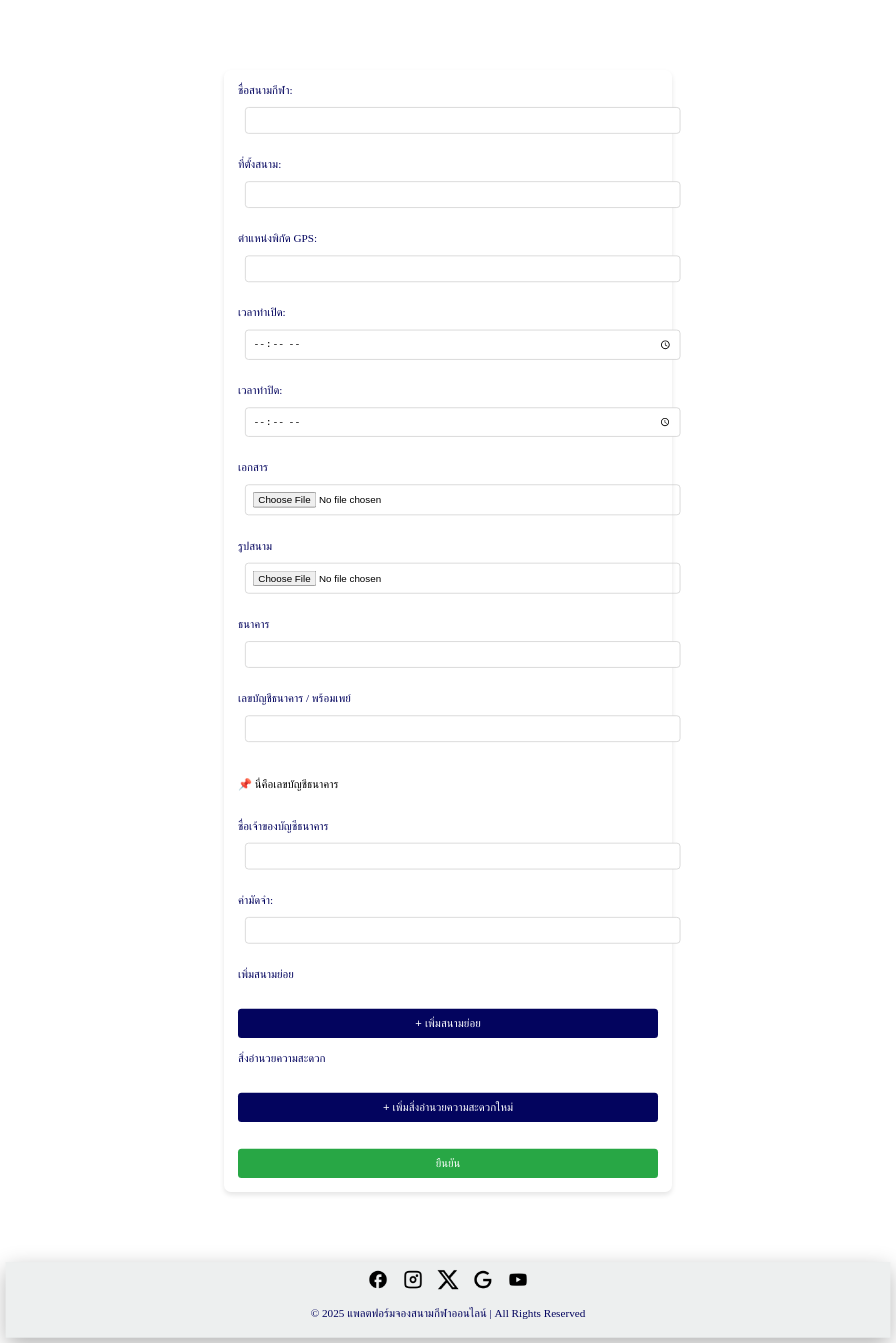
Repository: narawit101/project2
Page: /register-field (app in frontend/)
The author's editor kept a copy of each file at every save. The page is drawn from the files as they stood at one save, then again after the next save.
The browser window is 1280 px wide. The pictures show the whole page, at 70% of full size.
The pointer rests on the first visible `.submitbtn`.
The page's requests for data from a server got no answer. The project was rebuilt for these pictures with package versions that can differ from the ones it lists, and the page was loaded fresh each time. The framework's server and built-in components were replaced by stand-ins that run in the browser. No one was signed in, and anything a server would have sent is missing. Also part of the build but not shown: frontend/next.config.js, frontend/next.config.mjs, frontend/src/app/globals.css.

Above is the page before, as saved 2025-03-19 00:17:11.

After the next save:
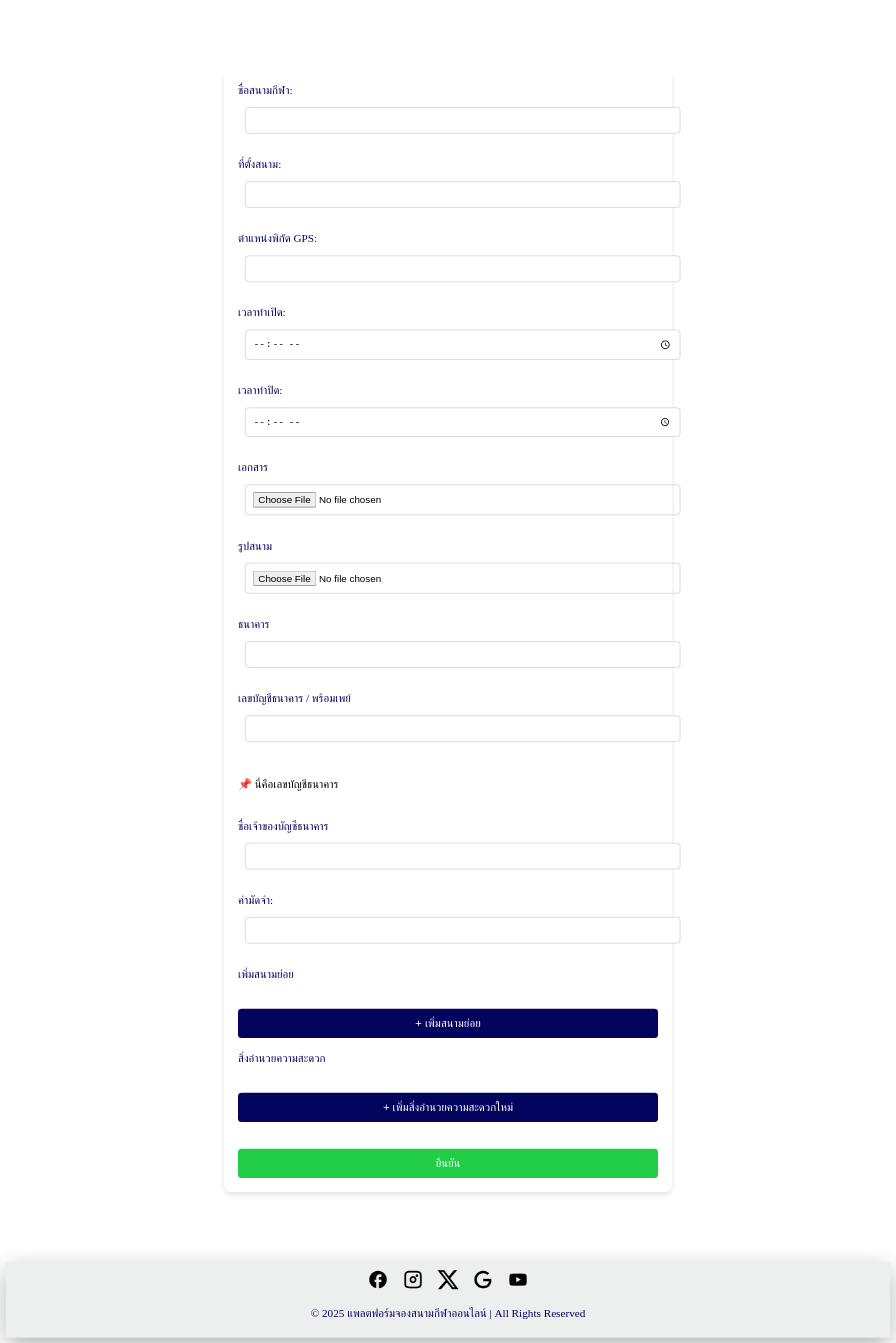
Saved 5 s later.
--- a/frontend/src/app/css/registerFieldForm.css
+++ b/frontend/src/app/css/registerFieldForm.css
@@ -98,7 +98,7 @@ input:focus {
     background-color: #28a745;
 }
 .submitbtn:hover {
-    background: #28a745;
+    background: #21cd49;
   }
 
 button {
